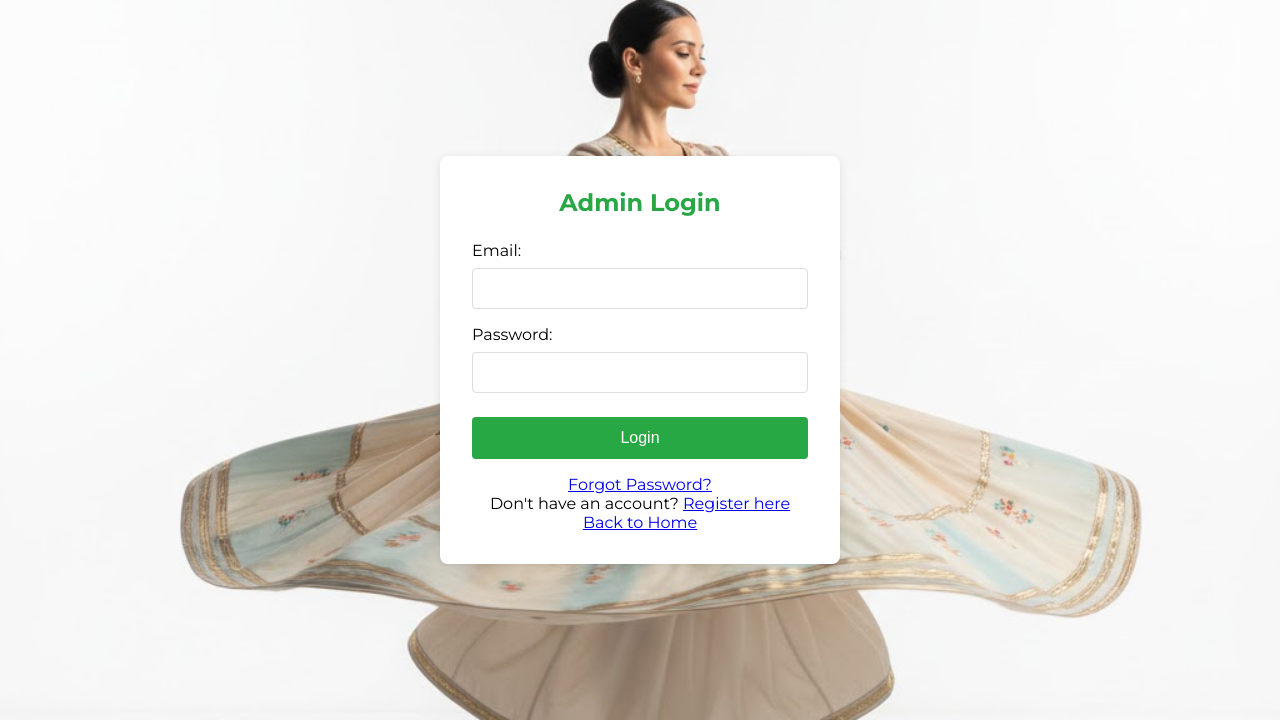
Repository: Priyadharshini-J-CSE/StepSync_Dance_Mangement_System
Page: /admin-login (app in frontend/)
The author's editor kept a copy of each file at every save. The page is drawn from the files as they stood at one save, then again after the next save.
The browser window is 1280 px wide. The pictures show the whole page.
Some web fonts or font styles are not loaded; a fallback is used. Some web libraries are served in a nearby version. The project was rebuilt for these pictures with package versions that can differ from the ones it lists, and the page was loaded fresh each time. Also part of the build but not shown: frontend/src/index.css, frontend/src/pages/LandingPage.js, frontend/src/components/Alert.js, frontend/src/pages/UserLogin.js, frontend/src/utils/passwordValidation.js, frontend/src/pages/UserRegister.js, frontend/src/pages/AdminRegister.js, frontend/src/pages/ForgotPassword.js and 18 more.

Above is the page before, as saved 2025-12-18 10:01:51.

After the next save:
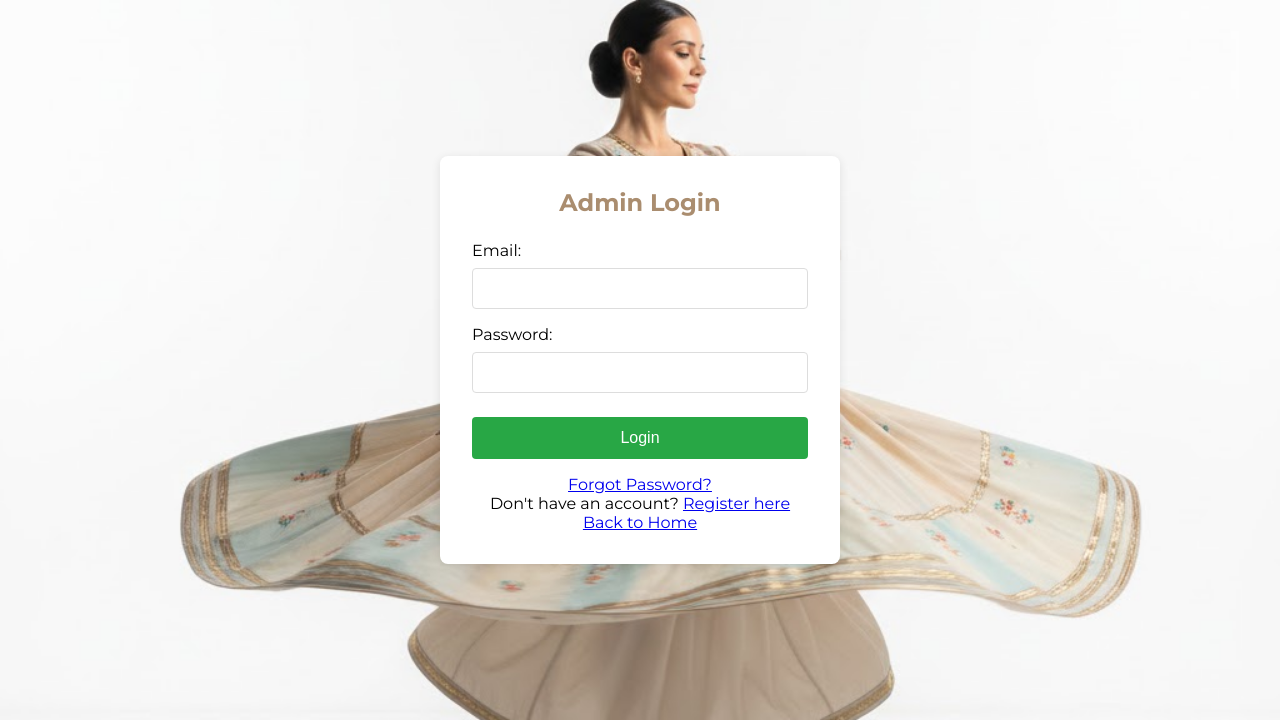
Saved 4 s later.
--- a/frontend/src/pages/AdminLogin.js
+++ b/frontend/src/pages/AdminLogin.js
@@ -46,7 +46,7 @@ const AdminLogin = () => {
         boxShadow: '0 2px 10px rgba(0,0,0,0.1)',
         width: '400px'
       }}>
-        <h2 style={{ textAlign: 'center', marginBottom: '1.5rem', color: '#28a745' }}>
+        <h2 style={{ textAlign: 'center', marginBottom: '1.5rem', color: '#aa8d6f' }}>
           Admin Login
         </h2>
 
